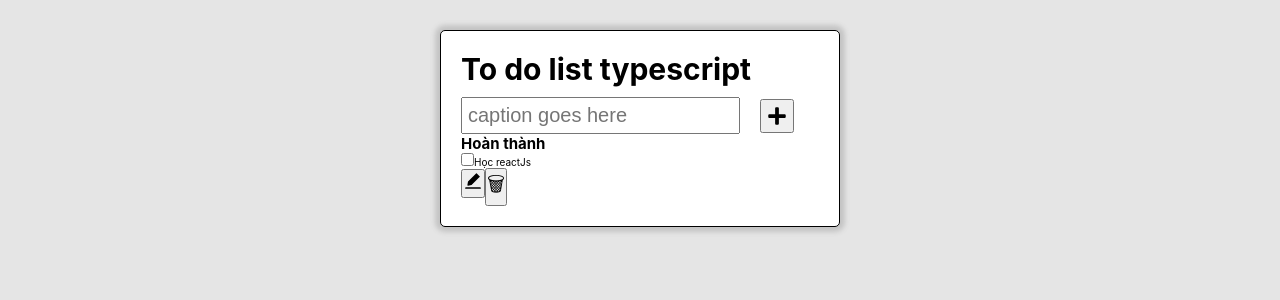
Repository: Nhatktvn/TodoListReactTs
Page: /
An editor plug-in stored every save of this project. The page is shown before and after the next save, followed by the edit.
The browser window is 1280 px wide. The pictures show the whole page.
The project was rebuilt for these pictures with package versions that can differ from the ones it lists, and the page was loaded fresh each time. Also part of the build but not shown: src/components/TaskList/tasklist.module.scss.

Above is the page before, as saved 2023-11-08 08:55:03.

After the next save:
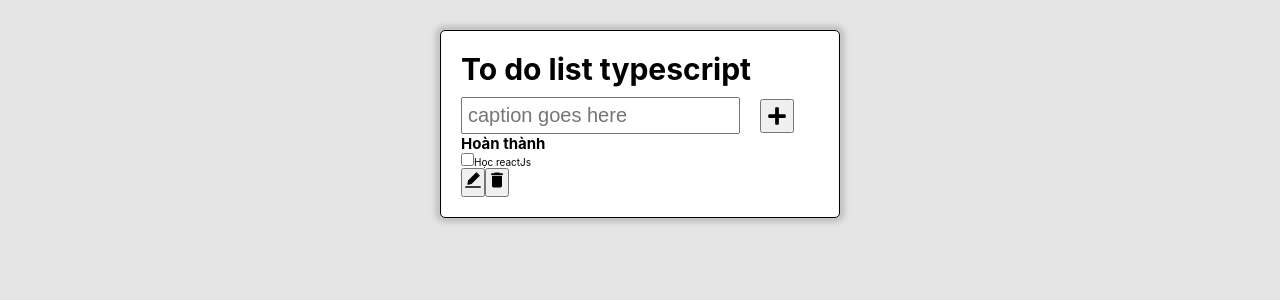
Saved 59 s later.
--- a/src/components/TaskList/TaskList.tsx
+++ b/src/components/TaskList/TaskList.tsx
@@ -1,6 +1,7 @@
 import React from 'react'
 import styles from './tasklist.module.scss'
 import { AiFillEdit } from 'react-icons/ai'
+import { MdDelete } from 'react-icons/md'
 export default function TaskList() {
   return (
     <div>
@@ -13,7 +14,9 @@ export default function TaskList() {
             <button className={styles.btn}>
               <AiFillEdit />
             </button>
-            <button className={styles.btn}>🗑</button>
+            <button className={styles.btn}>
+              <MdDelete />
+            </button>
           </div>
         </div>
       </div>
